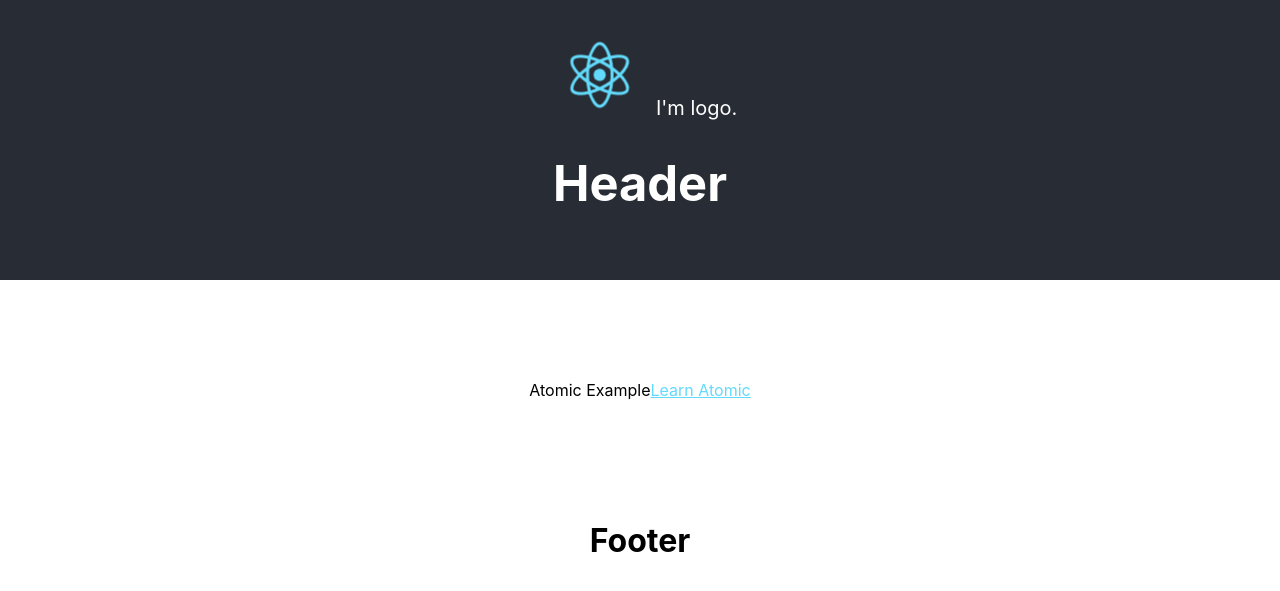
Repository: wewoor/atomic-example
Page: /
The author's editor kept a copy of each file at every save. The page is drawn from the files as they stood at one save, then again after the next save.
The browser window is 1280 px wide. The pictures show the whole page.
The project was rebuilt for these pictures with package versions that can differ from the ones it lists, and the page was loaded fresh each time.

Above is the page before, as saved 2018-10-14 18:07:00.

### src/App.js
import React, { Component } from 'react';

import './App.css';

import MainPage from './pages/main';

class App extends Component {
  render() {
    return (
      <div className="App">
         <MainPage/>
      </div>
    );
  }
}

export default App;

### src/App.css
.App {
  text-align: center;
}

.App-link {
  color: #61dafb;
}

.App-content {
  padding: 100px;
}

### src/pages/main/index.js
import React, { Component } from 'react';


import HomePage from '../../components/templates/homepage';

class MainPage extends Component {
  render() {
    return (
      <div className="main">
          <HomePage>
            <div className="App-content">
                 Atomic Example
                <a
                    className="App-link"
                    href="http://atomicdesign.bradfrost.com"
                    target="_blank"
                    rel="noopener noreferrer"
                >
                    Learn Atomic
                </a>

            </div>
          </HomePage>
      </div>
    );
  }
}

export default MainPage;

### src/components/templates/homepage/index.js
import React, { Component } from 'react'

import Header from '../../organisms/header';
import Footer from '../../organisms/footer';

class HomePage extends Component {
    render () {
        return (
            <div className="homepage">
                <Header/>
                {
                    this.props.children
                }
                <Footer/>
            </div>
        )
    }
}

export default HomePage

### src/components/organisms/header/index.js
import React, { Component } from 'react';

import Logo from '../../molecules/logo';
import './style.css';

class Header extends Component {
    render () {
        return (
            <header className="App-header">
                <Logo />
                <h1>Header</h1>
            </header>
        )
    }
}

export default Header

### src/components/organisms/footer/index.js
import React, { Component } from 'react'

class Footer extends Component {
    render () {
        const defaultContent = <h1>Footer</h1>;
        return (
            <div className="App-footer">
                {this.props.children || defaultContent }
            </div>
        )
    }
}

export default Footer

### src/components/molecules/logo/index.js
import React, { Component } from 'react';

import Image from '../../atoms/img';
import './style.css';

class Logo extends Component {
    render () {
        return (
            <div className="logo">
                <Image className="App-logo" name="logo.svg" />
                <span style={{fontSize: 20}}>I'm logo.</span>
            </div>
        )
    }
}

export default Logo;

### src/components/organisms/header/style.css
.App-header {
    background-color: #282c34;
    display: flex;
    flex-direction: column;
    align-items: center;
    justify-content: center;
    font-size: calc(10px + 2vmin);
    color: white;
    height: 200px;
    padding: 40px;
  }

### src/components/atoms/img/index.js
import React, { Component } from 'react';

const baseUrl = '/img';
// eslint-disable-next-line

class Image extends Component {
    render () {
        const { name, className } = this.props;
        return (
            <img className={`m-image ${className}`} src={`${baseUrl}/${name}`} />
        )
    }
}

export default Image

### src/components/molecules/logo/style.css

.App-logo {
    animation: App-logo-spin infinite 20s linear;
    height: 80px;
  }

  @keyframes App-logo-spin {
    from {
      transform: rotate(0deg);
    }
    to {
      transform: rotate(360deg);
    }
  }

Loaded but not shown: public/index.html (common file); src/index.js (common file); src/index.css (common file); src/serviceWorker.js (common file)

After the next save:
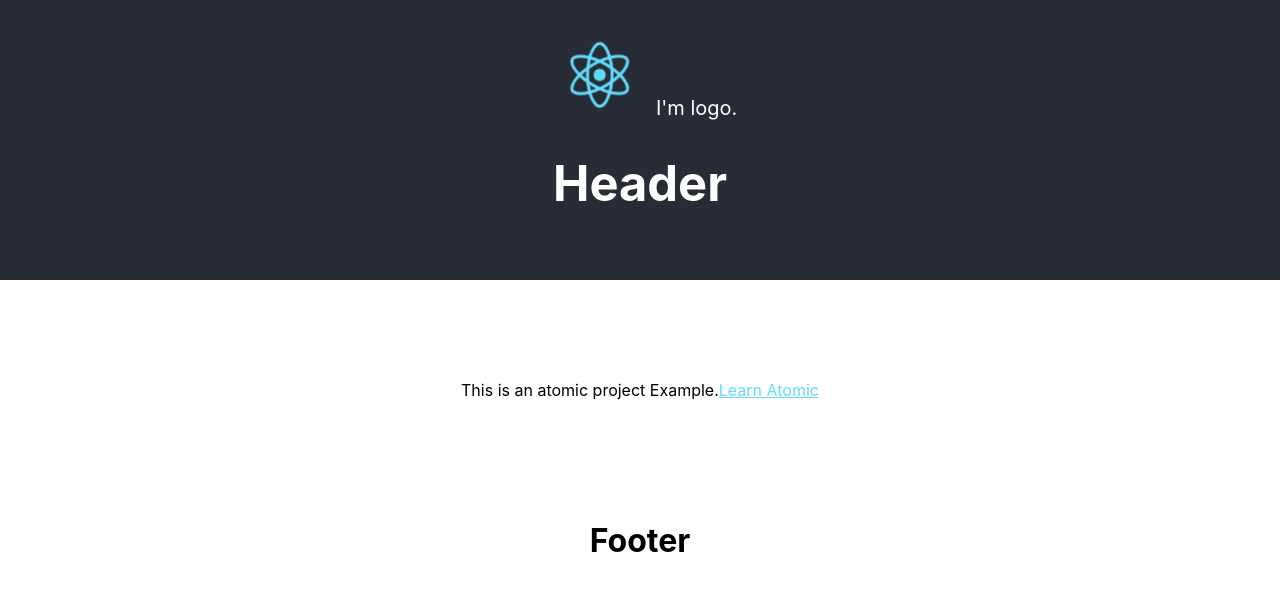
Saved 28 s later.
--- a/src/pages/main/index.js
+++ b/src/pages/main/index.js
@@ -9,7 +9,7 @@
       <div className="main">
           <HomePage>
             <div className="App-content">
-                 Atomic Example
+                This is an atomic project Example.
                 <a
                     className="App-link"
                     href="http://atomicdesign.bradfrost.com"
